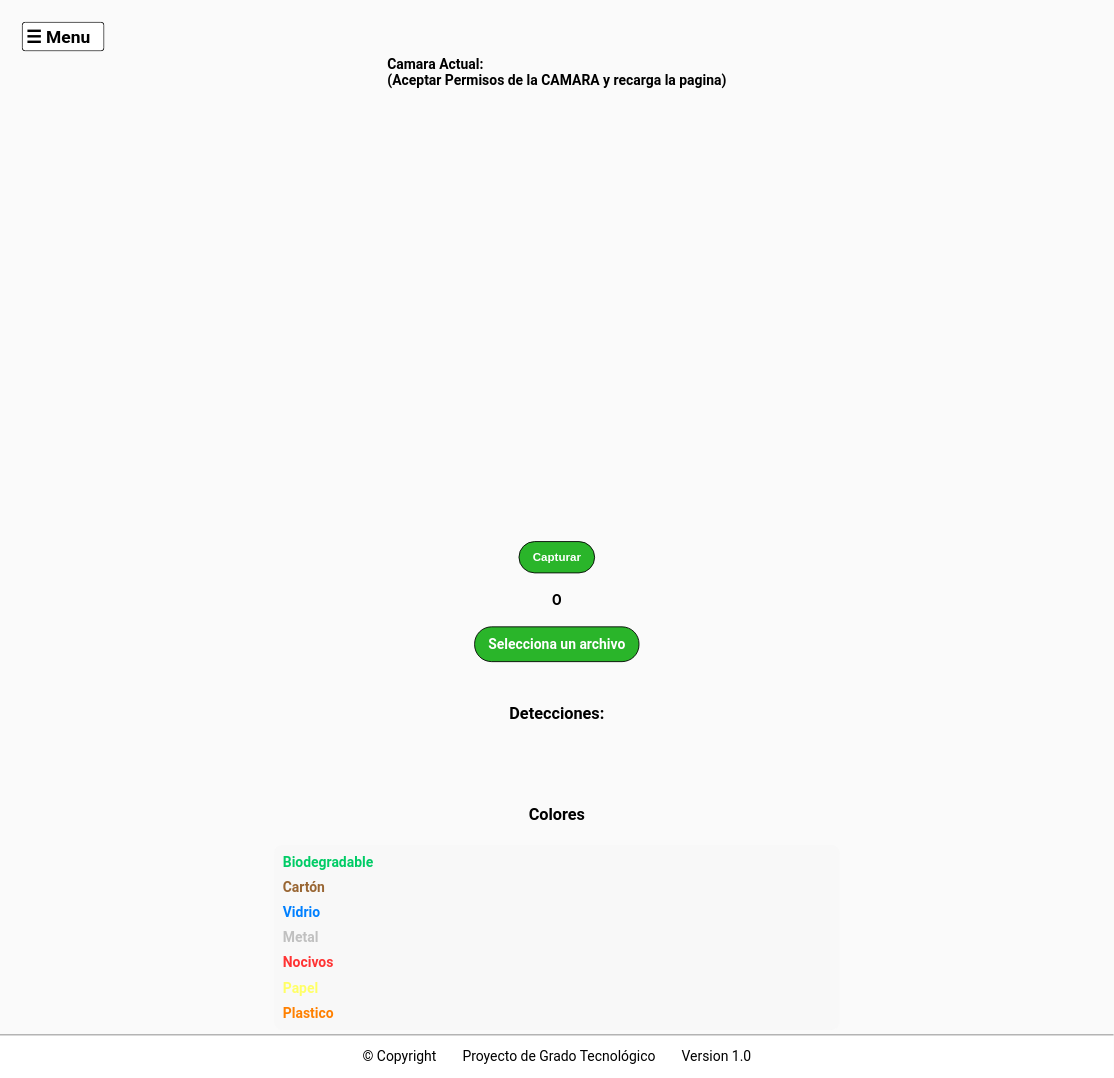
Repository: castecabas/Recicladora
Page: http://localhost/model
An editor plug-in stored every save of this project. The page is shown before and after the next save, followed by the edit.
The browser window is 1280 px wide. The pictures show the whole page, at 87% of full size.
Pictures or frames that could not be fetched are drawn as grey boxes. The page is served by the project's application, run on Flask 3 (src/index.py).

Above is the page before, as saved 2024-12-22 20:51:37.

After the next save:
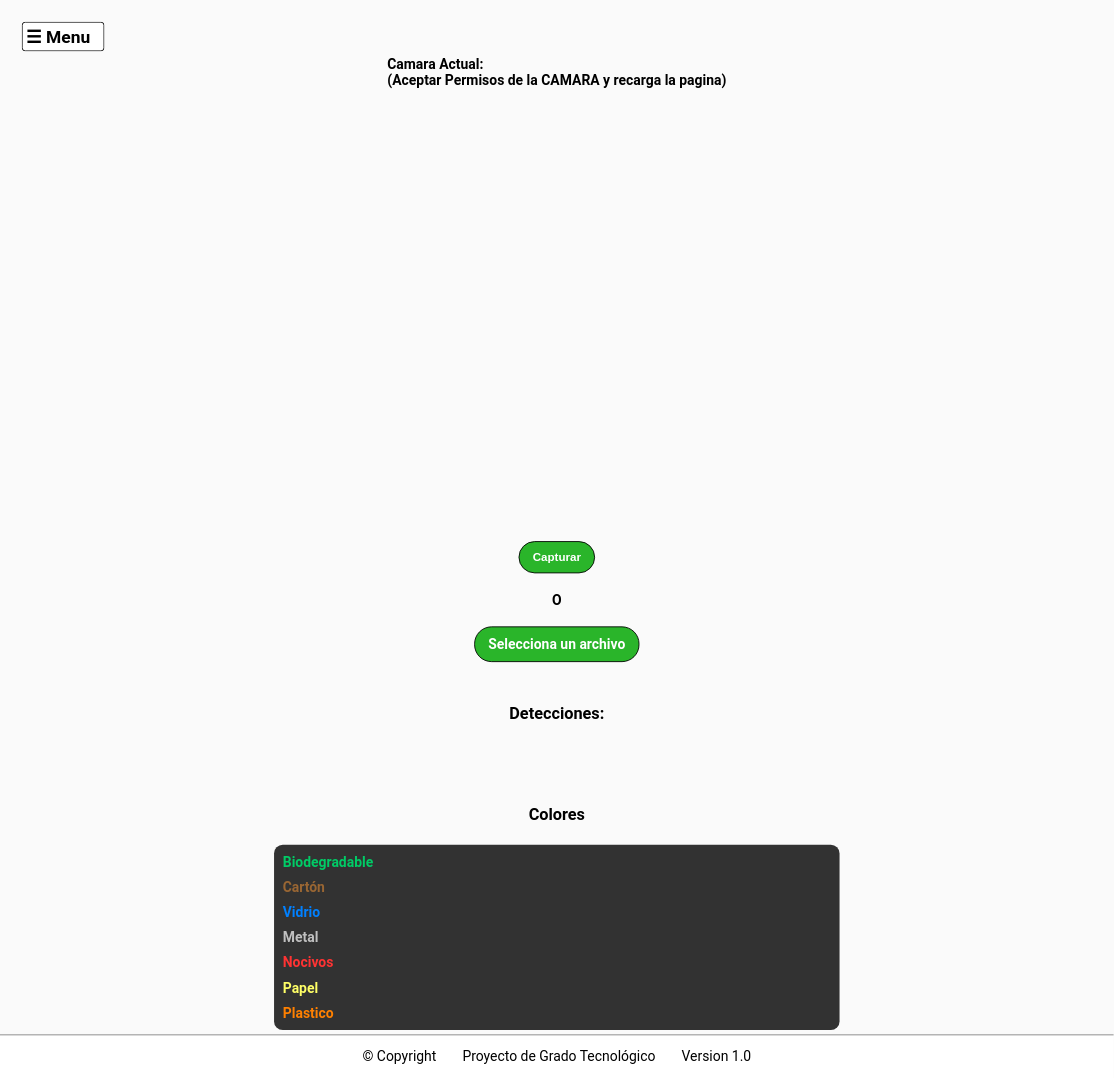
Saved 8 s later.
--- a/src/static/css/model.css
+++ b/src/static/css/model.css
@@ -331,7 +331,7 @@ div.colors {
     ul {
         margin: 0;
         border-radius: 10px;
-        background: rgba(248, 248, 248, 0.8);
+        background: rgba(0, 0, 0, 0.8);
         width: 50vw;
         position: relative;
         justify-content: center;
